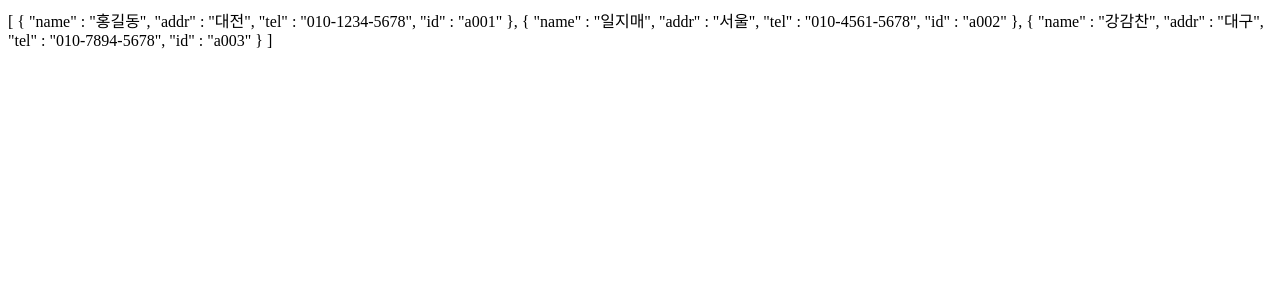
Repository: jinsoo115/jquery
Page: http://localhost/jqpro/0202/jsonarr.jsp
An editor plug-in stored every save of this project. The page is shown before and after the next save, followed by the edit.
The browser window is 1280 px wide. The pictures show the whole page.
The page is served by Tomcat 9.

Above is the page before, as saved 2021-02-02 01:50:28.

After the next save:
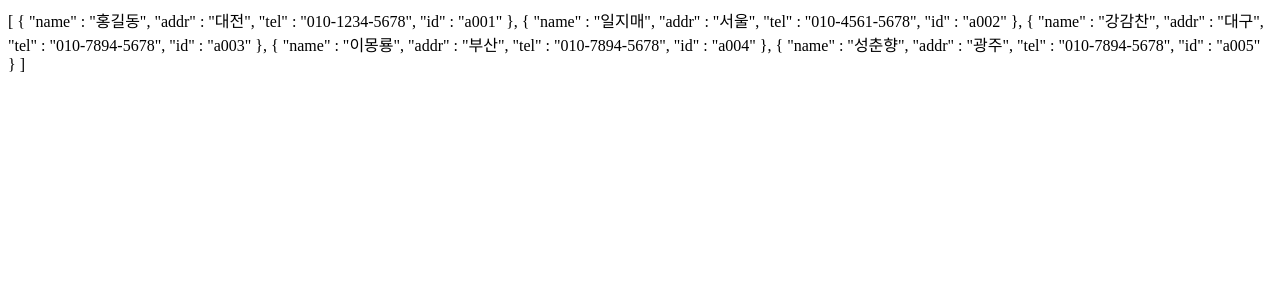
Saved 11 min 19 s later.
--- a/jqpro/WebContent/0202/jsonarr.jsp
+++ b/jqpro/WebContent/0202/jsonarr.jsp
@@ -25,5 +25,19 @@
 	"addr" : "대구",
 	"tel" : "010-7894-5678",
 	"id" : "a003"
+	},
+
+	{
+	"name" : "이몽룡",
+	"addr" : "부산",
+	"tel" : "010-7894-5678",
+	"id" : "a004"
+	},
+
+	{
+	"name" : "성춘향",
+	"addr" : "광주",
+	"tel" : "010-7894-5678",
+	"id" : "a005"
 	}
 ]
